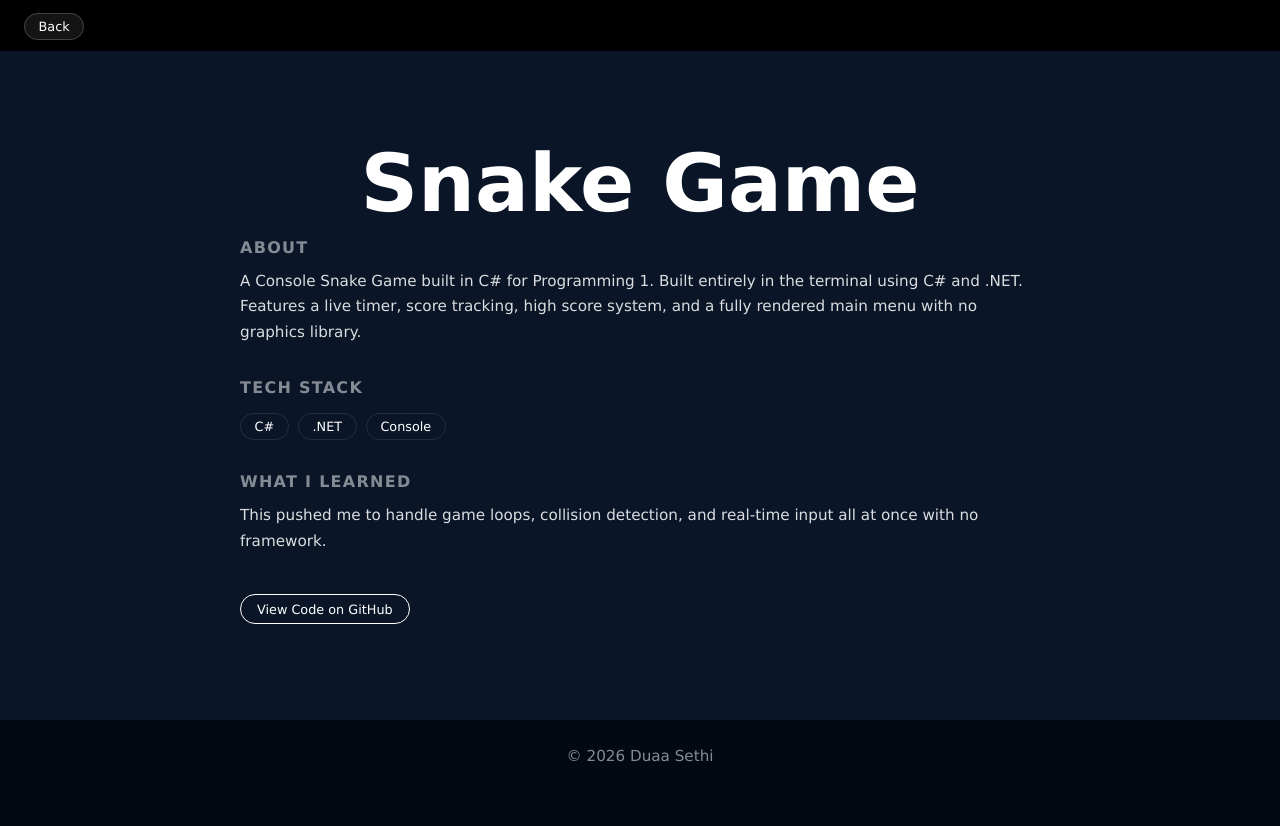
Repository: Duaa-Sethi/Duaa-Sethi
Page: pages/snake-game.html
These files come from the project's save history. The page is drawn as it stood at one moment and after the next save; the edit follows.
The browser window is 1280 px wide. The pictures show the whole page.
Some web fonts or font styles are not loaded; a fallback is used.

Above is the page before, as saved 2026-05-08 17:58:39.

### pages/snake-game.html
<!doctype html>
<html lang="en">
  <head>
    <meta charset="UTF-8" />
    <meta name="viewport" content="width=device-width, initial-scale=1.0" />
    <title>Snake Game | Duaa Sethi</title>
    <link rel="stylesheet" href="../styles/globals.css" />
    <link rel="stylesheet" href="../styles/project.css" />
  </head>
  <body>
    <nav>
      <ul>
        <li><a href="../index.html" class="tag"> Back</a></li>
      </ul>
    </nav>

    <main>
      <h1>Snake Game</h1>

      <h2>About</h2>
      <p>
        A Console Snake Game built in C# for Programming 1. Built entirely in
        the terminal using C# and .NET. Features a live timer, score tracking,
        high score system, and a fully rendered main menu with no graphics
        library.
      </p>

      <h2>Tech Stack</h2>
      <ul class="tags">
        <li>C#</li>
        <li>.NET</li>
        <li>Console</li>
      </ul>

      <h2>What I Learned</h2>
      <p>
        This pushed me to handle game loops, collision detection, and real-time
        input all at once with no framework.
      </p>

      <a
        href="https://github.com/Duaa-Sethi/Programming1-project-Dua-Sethi"
        target="_blank"
        class="btn"
        >View Code on GitHub</a
      >
    </main>

    <footer>
      <p>© 2026 Duaa Sethi</p>
    </footer>
  </body>
</html>

### styles/globals.css
/* FONT DEFS */
@font-face {
  font-family: "main font";
  src: url(../assets/fonts/NewsCycle-Regular.ttf);
}

/* CROSS PAGE STYLES */
body {
  font-family: "main font", Verdana, sans-serif;
  color: white;
  margin: 0;
}

h1 {
  font-weight: bold;
  font-size: 1.5rem; /* too small for desktop*/
}

a {
  text-decoration: none;
  color: white;
}
h2,
h3 {
  margin: 0;
}
a:hover {
  text-decoration: underline;
}
ul {
  list-style: none;
  padding: 0;
  margin: 0;
}

### styles/project.css
body {
  background-color: #0a1628;
}

nav {
  position: sticky;
  top: 0;
  background-color: black;
  padding: 0 1.5rem;
}

nav ul {
  display: flex;
  padding: 1rem 0;
}

.tag {
  background-color: rgba(255, 255, 255, 0.08);
  border: 1px solid rgba(255, 255, 255, 0.2);
  border-radius: 20px;
  padding: 0.3rem 0.85rem;
  font-size: 0.8rem;
}

.tag:hover {
  background-color: rgba(213, 207, 207, 0.15);
  text-decoration: none;
}

main {
  max-width: 800px;
  margin: 0 auto;
  padding: 2rem 1.5rem;
}

h1 {
  font-size: 2rem;
  margin-bottom: 0.5rem;
  text-align: center;
}

h2 {
  font-size: 1rem;
  opacity: 0.5;
  text-transform: uppercase;
  letter-spacing: 0.08em;
  margin-bottom: 0.75rem;
}

p {
  font-size: 0.95rem;
  line-height: 1.7;
  opacity: 0.85;
  margin: 0 0 2rem 0;
}

.tags li {
  display: inline-block;
  border: 1px solid rgba(255, 255, 255, 0.1);
  border: 1px solid rgba(255, 255, 255, 0.1);
  border-radius: 20px;
  padding: 0.3rem 0.85rem;
  font-size: 0.8rem;
  margin: 0.25rem 0.25rem 2rem 0;
}

.btn {
  display: inline-block;
  border: 1px solid white;
  padding: 0.4rem 1rem;
  border-radius: 20px;
  font-size: 0.8rem;
  margin-top: 0.5rem;

}

.btn:hover {
  background-color: white;
  color: #0a1628;
  text-decoration: none;
}

footer {
  text-align: center;
  padding: 1.5rem;
  background-color: black;
  font-size: 0.85rem;
  opacity: 0.6;
  margin-top: 4rem;
}

@media (min-width: 600px) {
  h1 {
    font-size: 3.5rem;
  }
}

@media (min-width: 992px) {
  h1 {
    font-size: 5rem;
  }
}

After the next save:
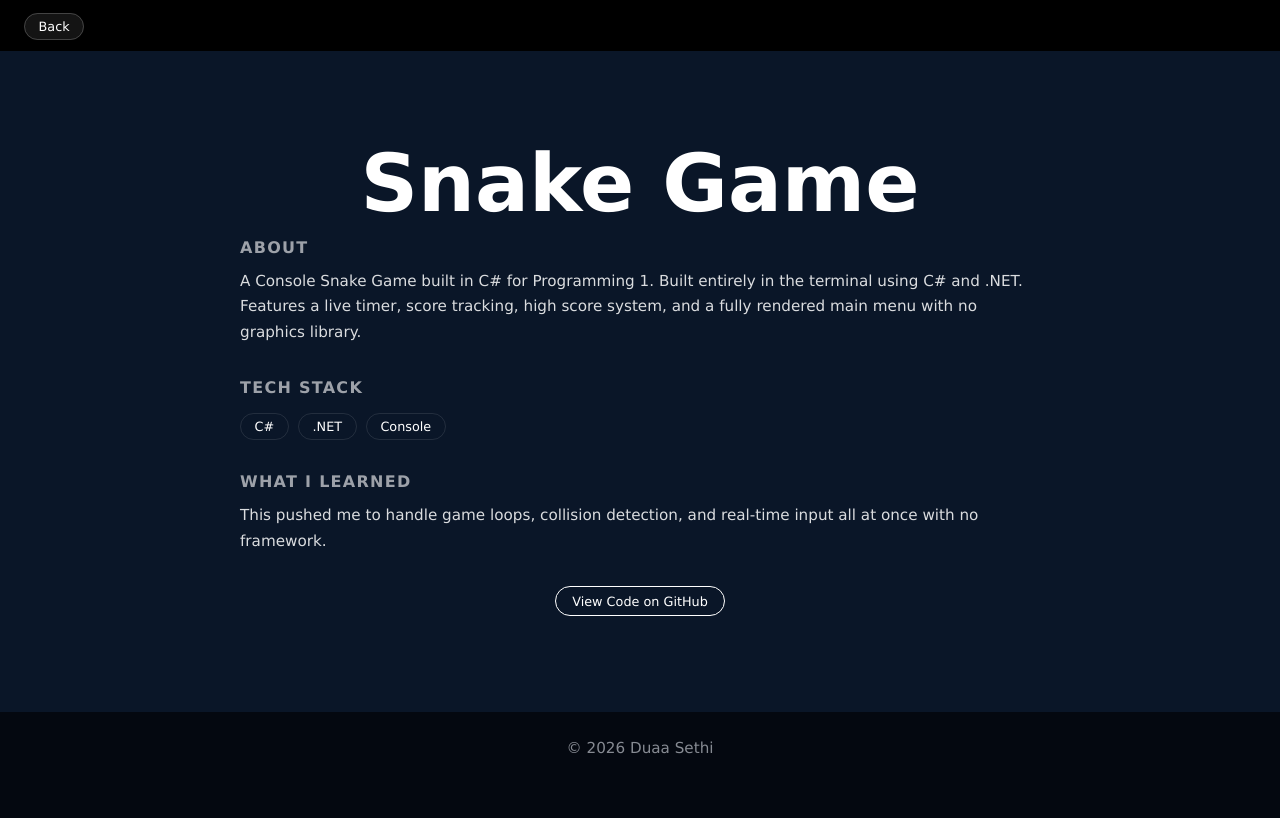
Saved 57 s later.
--- a/styles/project.css
+++ b/styles/project.css
@@ -41,7 +41,8 @@ h1 {
 
 h2 {
   font-size: 1rem;
-  opacity: 0.5;
+  color: white;
+  opacity: 0.6;
   text-transform: uppercase;
   letter-spacing: 0.08em;
   margin-bottom: 0.75rem;
@@ -65,13 +66,14 @@ p {
 }
 
 .btn {
-  display: inline-block;
+  display: block;
+  width: fit-content;
+  margin: 0 auto;
   border: 1px solid white;
   padding: 0.4rem 1rem;
   border-radius: 20px;
   font-size: 0.8rem;
   margin-top: 0.5rem;
-
 }
 
 .btn:hover {
